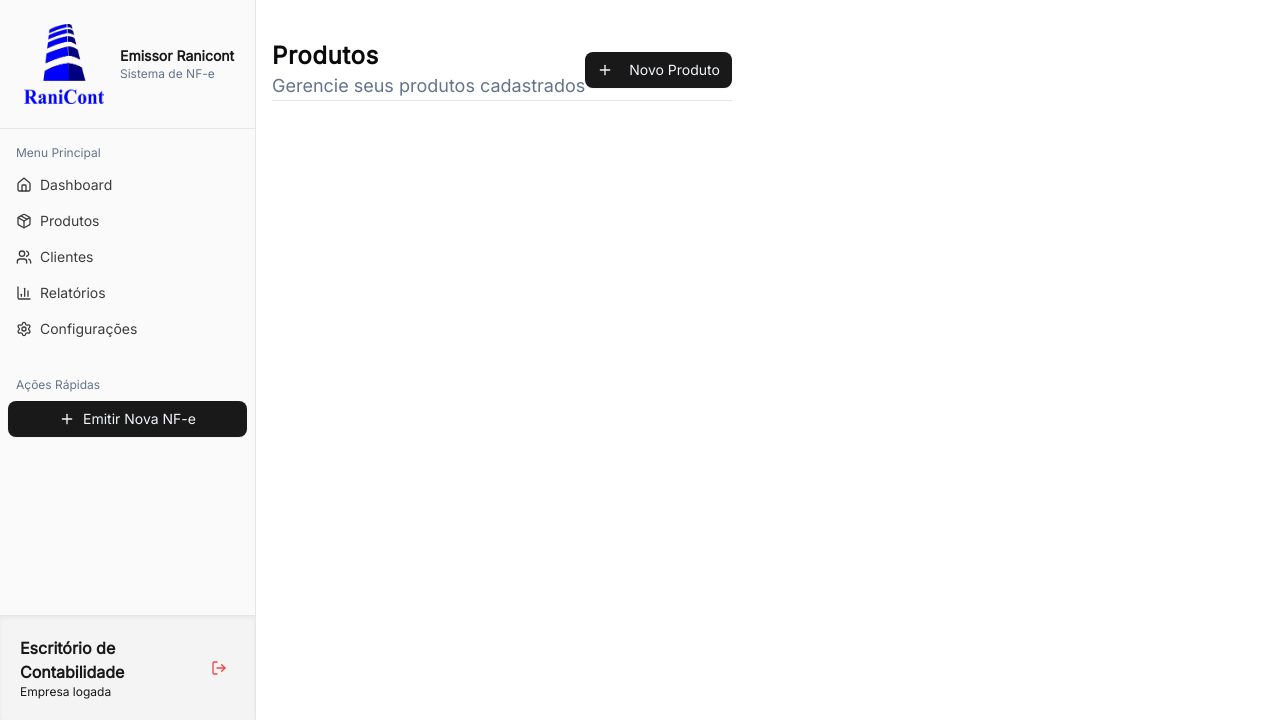
Repository: vinimx/emissor-ranicont
Page: /produtos
The author's editor kept a copy of each file at every save. The page is drawn from the files as they stood at one save, then again after the next save.
The browser window is 1280 px wide. The pictures show the whole page.
The project was rebuilt for these pictures with package versions that can differ from the ones it lists, and the page was loaded fresh each time. Also part of the build but not shown: vite.config.js, src/components/ui/card.jsx, src/components/ui/input.jsx, src/components/ui/label.jsx, src/components/Auth/Login/index.jsx, src/components/Auth/Cadastrar/index.jsx, src/components/ui/separator.jsx, src/components/ui/sheet.jsx and 3 more.

Above is the page before, as saved 2025-06-20 09:53:41.

After the next save:
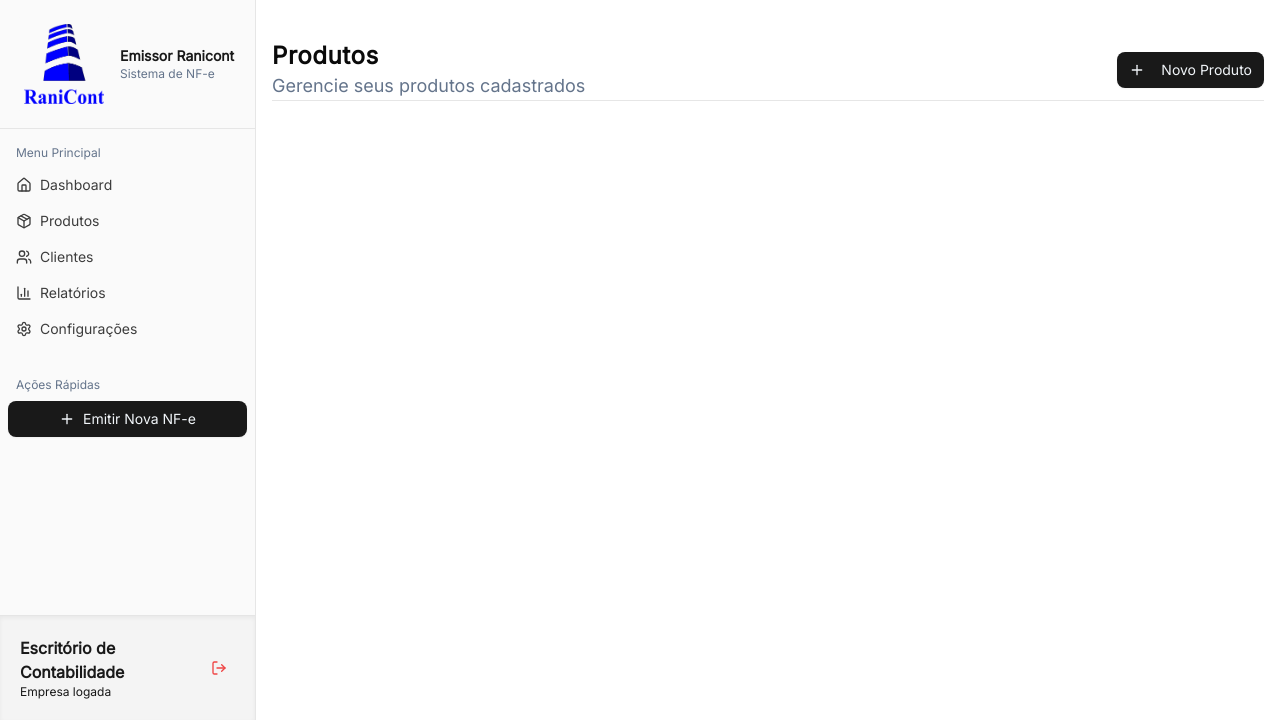
Saved 54 s later.
--- a/src/index.css
+++ b/src/index.css
@@ -161,9 +161,21 @@ body {
 }
 
 [data-slot="sidebar-wrapper"] {
-  width: auto !important;
+  width: 100vw !important;
   min-width: 0 !important;
-  min-height: 0 !important;
-  max-width: 100vw !important;
+  min-height: 100svh !important;
+  display: flex !important;
+  flex-direction: row !important;
+  padding: 0 !important;
+  margin: 0 !important;
   box-sizing: border-box !important;
 }
+
+[data-slot="sidebar-wrapper"] > *:last-child {
+  flex: 1 1 0% !important;
+  min-width: 0 !important;
+}
+
+body, #root, [data-slot="sidebar-wrapper"] {
+  overflow-x: hidden !important;
+}
